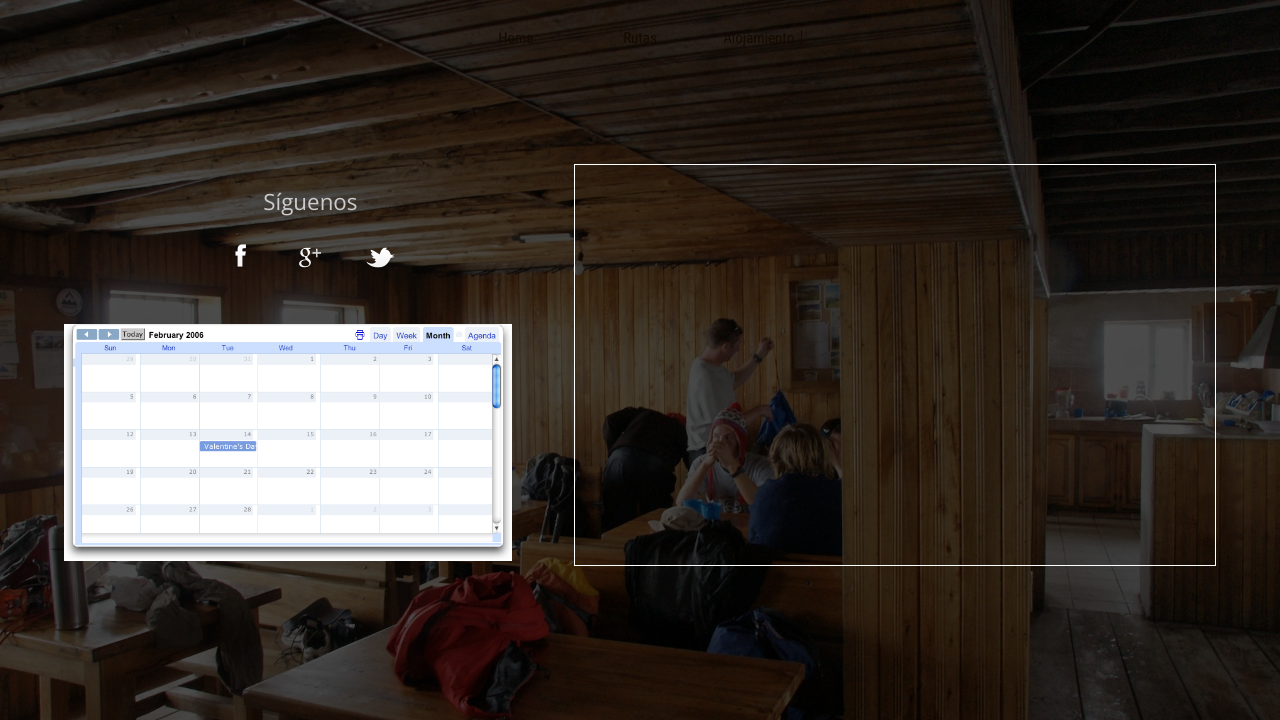
Repository: Croqueta-OPS/proyecto-pyrenees
Page: alojamiento.html
The author's editor kept a record of every edit. The page is drawn from the files as they stood at one moment, then again after the next edit.
The browser window is 1280 px wide. The pictures show the whole page.

Above is the page before.

After the next edit:
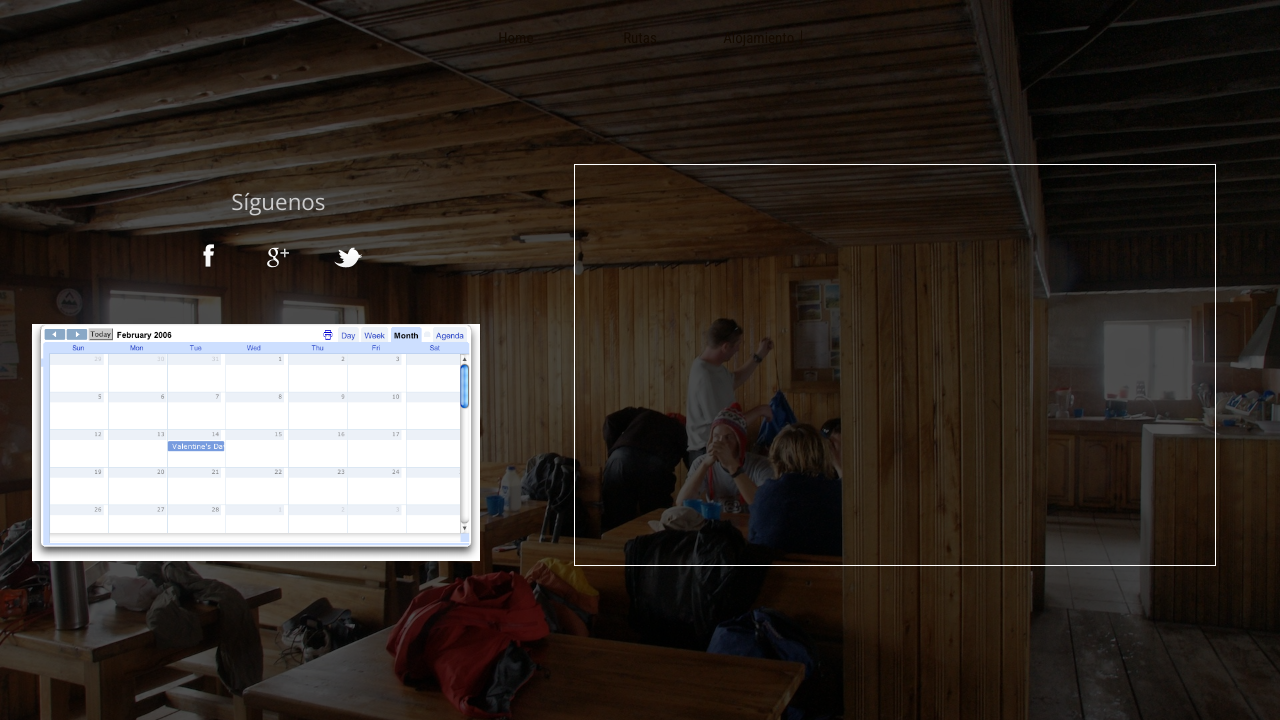
The edit:
--- a/css/camping.css
+++ b/css/camping.css
@@ -35,7 +35,7 @@
     margin-top: 5%;
     width: 35%;
     float: left;
-    margin-left: 5%;
+    margin-left: 2.5%;
     height: 400px;
 }
 
